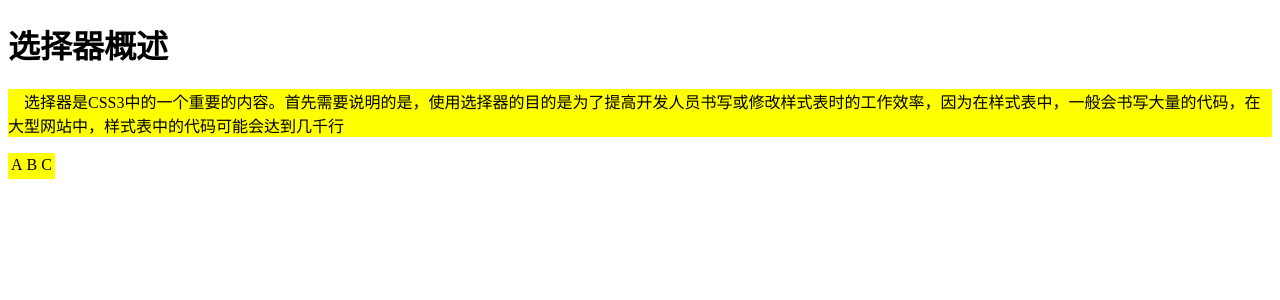
Repository: zdsherlock/HtmlCssLearn
Page: CSS/test-attSelect/index2.html
These files come from the project's save history. The page is drawn as it stood at one moment and after a run of saves; the edit follows.
The browser window is 1280 px wide. The pictures show the whole page.

Above is the page before, as saved 2021-05-06 02:31:16.

After the next 5 saves:
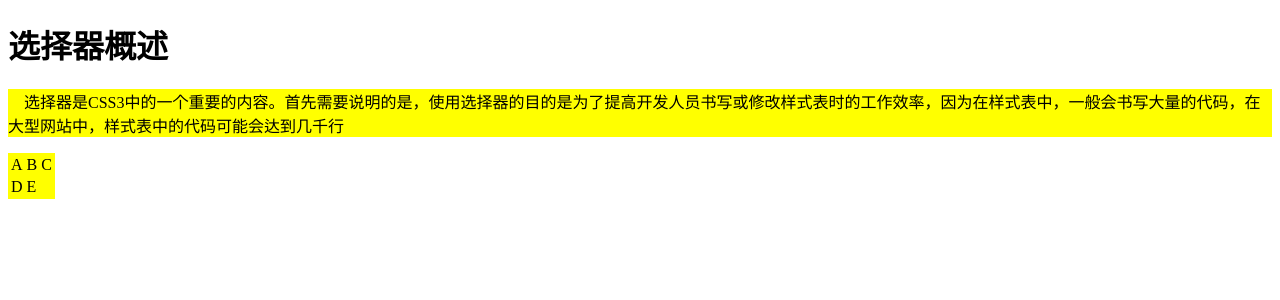
The 5 saves are shown as one change because they came seconds apart.
The last was saved 15 s later.
--- a/CSS/test-attSelect/index2.html
+++ b/CSS/test-attSelect/index2.html
@@ -24,7 +24,9 @@
            <td>C</td>
        </tr>
        <tr>
-
+           <td>D</td>
+           <td>E</td>
+           <td></td>
        </tr>
     </table>
 </body>
